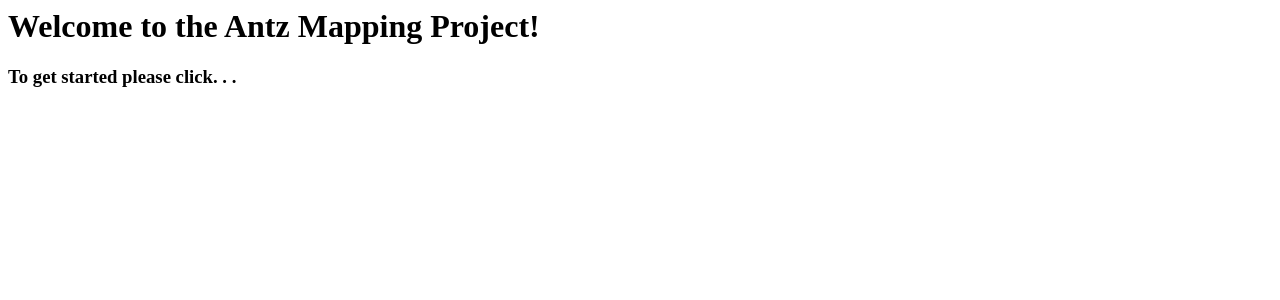
Repository: StevePrice/ampz
Page: http://localhost/application/views/scripts/index/index.phtml
An editor plug-in stored every save of this project. The page is shown before and after the next save, followed by the edit.
The browser window is 1280 px wide. The pictures show the whole page.
The page is run by PHP 8.4 with error messages shown; the project is at /var/www/html/.

Above is the page before, as saved 2011-11-08 22:11:30.

### ampzonline/amps/application/views/scripts/index/index.phtml

<div class="wrapper"; min-height: 100%; height: auto;    height: 100%; margin: 0 auto -4em;>

    <h1>Welcome to the <span id="zf-name">Antz Mapping Project!</span></h1>

    <h3>To get started please click. . .</h3>
	</div>

After the next save:
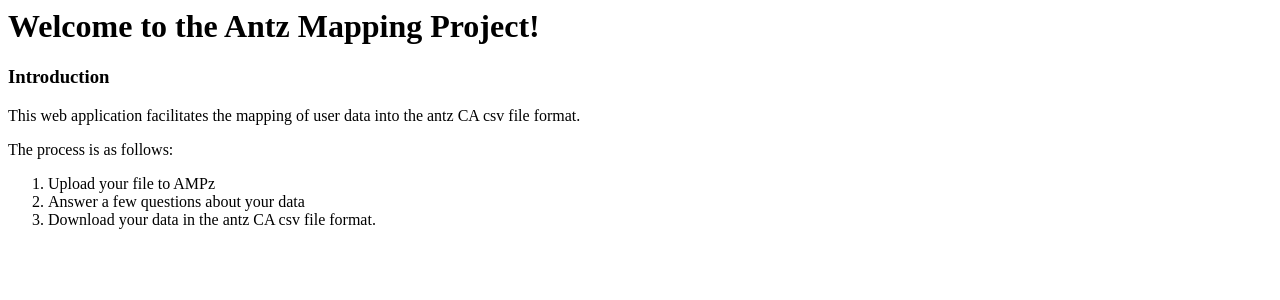
Saved 23 min 12 s later.
--- a/ampzonline/amps/application/views/scripts/index/index.phtml
+++ b/ampzonline/amps/application/views/scripts/index/index.phtml
@@ -1,7 +1,14 @@
 
-<div class="wrapper"; min-height: 100%; height: auto;    height: 100%; margin: 0 auto -4em;>
+<div class="wrapper">
 
     <h1>Welcome to the <span id="zf-name">Antz Mapping Project!</span></h1>
 
-    <h3>To get started please click. . .</h3>
+    <h3>Introduction</h3>
+    This web application facilitates the mapping of user data into the antz CA csv file format.<p>
+    The process is as follows:
+    <ol>
+    	<li>Upload your file to AMPz</li>
+    	<li>Answer a few questions about your data</li>
+    	<li>Download your data in the antz CA csv file format.
+    </ol>
 	</div>
